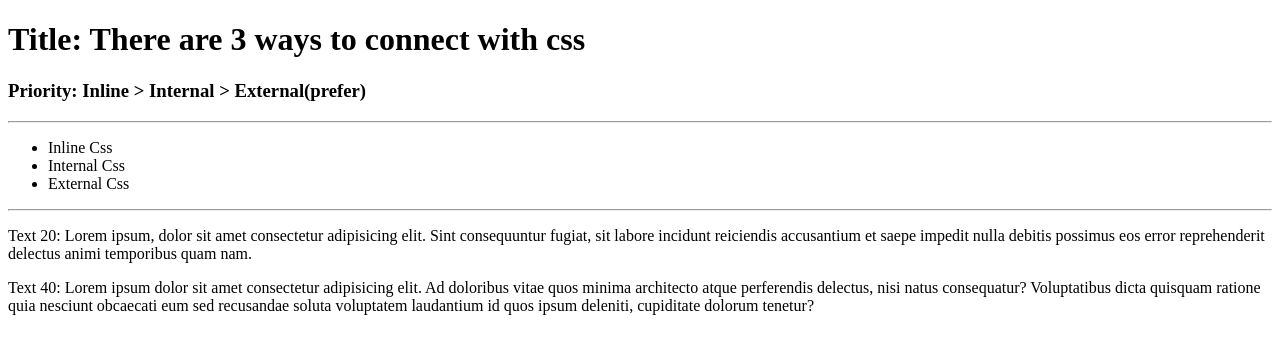
Repository: j4tdn/java18-repository
Page: 2. CSS3/ex02-css-selector-class-id.html
These files come from the project's save history. The page is drawn as it stood at one moment and after the next save; the edit follows.
The browser window is 1280 px wide. The pictures show the whole page.

Above is the page before, as saved 2023-10-21 17:47:55.

### 2. CSS3/ex02-css-selector-class-id.html
<!DOCTYPE html>
<html lang="en">
  <head>
    <meta charset="UTF-8" />
    <meta name="viewport" content="width=device-width, initial-scale=1.0" />
    <title>Ex02 - Css Selector class id</title>
    <link rel="stylesheet" href="css/style-base.css" />
    <link rel="stylesheet" href="css/utils.css" />
  </head>
  <body>
    <!-- html comments -->
    <h1>Title: There are 3 ways to connect with css</h1>
    <h3 class="text20">Priority: Inline > Internal > External(prefer)</h3>

    <hr />

    <ul>
      <li>Inline Css</li>
      <li>Internal Css</li>
      <li>External Css</li>
    </ul>
    <hr />
    <p class="text20">
      Text 20: Lorem ipsum, dolor sit amet consectetur adipisicing elit. Sint
      consequuntur fugiat, sit labore incidunt reiciendis accusantium et saepe
      impedit nulla debitis possimus eos error reprehenderit delectus animi
      temporibus quam nam.
    </p>
    <p>
      Text 40: Lorem ipsum dolor sit amet consectetur adipisicing elit. Ad
      doloribus vitae quos minima architecto atque perferendis delectus, nisi
      natus consequatur? Voluptatibus dicta quisquam ratione quia nesciunt
      obcaecati eum sed recusandae soluta voluptatem laudantium id quos ipsum
      deleniti, cupiditate dolorum tenetur?
    </p>
  </body>
</html>

### 2. CSS3/css/style-base.css
/* Chỉ có thẻ p với class là text20 mới ăn */
/* p[class="text20"] {
  color: blue;
} */
/* p.text20 {
  color: blue;
} */
/* Tất cả tag với class là text20 */
/* .text20 {
  color: blue;
} */

### 2. CSS3/css/utils.css
.text-green {
  color: green;
}
.text-blue {
  color: blue;
}
.text-orange {
  color: orange;
}

After the next save:
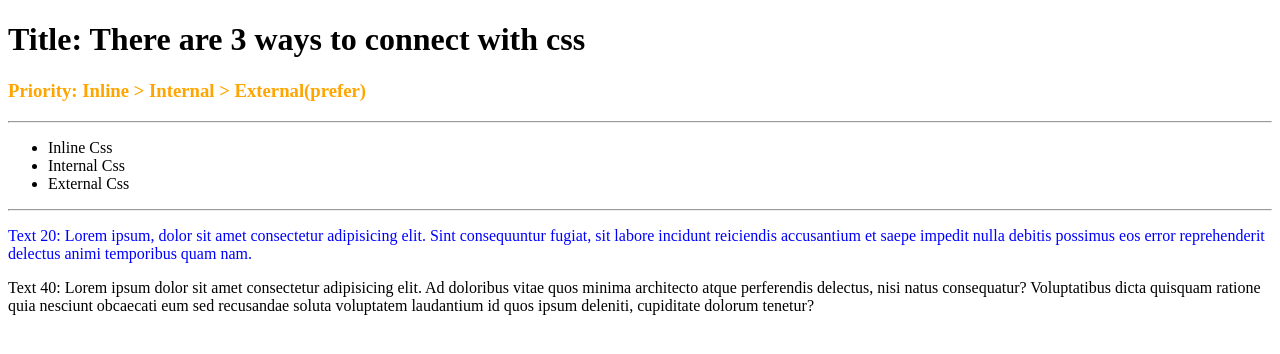
Saved 9 s later.
--- a/2. CSS3/ex02-css-selector-class-id.html
+++ b/2. CSS3/ex02-css-selector-class-id.html
@@ -10,7 +10,7 @@
   <body>
     <!-- html comments -->
     <h1>Title: There are 3 ways to connect with css</h1>
-    <h3 class="text20">Priority: Inline > Internal > External(prefer)</h3>
+    <h3 class="text-orange">Priority: Inline > Internal > External(prefer)</h3>
 
     <hr />
 
@@ -20,7 +20,7 @@
       <li>External Css</li>
     </ul>
     <hr />
-    <p class="text20">
+    <p class="text-blue">
       Text 20: Lorem ipsum, dolor sit amet consectetur adipisicing elit. Sint
       consequuntur fugiat, sit labore incidunt reiciendis accusantium et saepe
       impedit nulla debitis possimus eos error reprehenderit delectus animi
